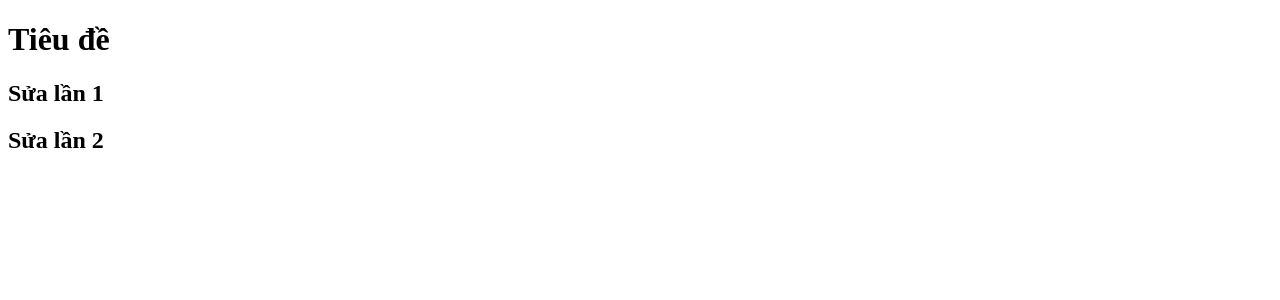
Repository: hnq145/DuAn_6
Page: index.html
An editor plug-in stored every save of this project. The page is shown before and after the next save, followed by the edit.
The browser window is 1280 px wide. The pictures show the whole page.

Above is the page before, as saved 2024-06-01 11:53:05.

After the next save:
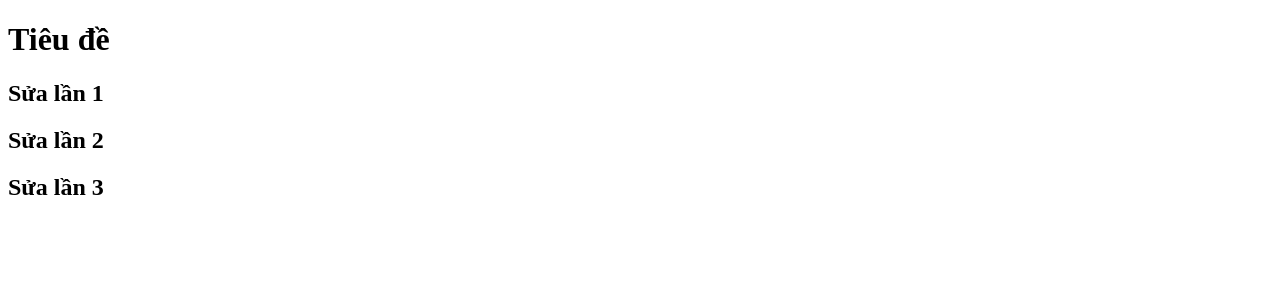
Saved 45 s later.
--- a/index.html
+++ b/index.html
@@ -9,5 +9,6 @@
     <h1>Tiêu đề</h1>
     <h2>Sửa lần 1</h2>
     <h2>Sửa lần 2</h2>
+    <h2>Sửa lần 3</h2>
   </body>
 </html>
